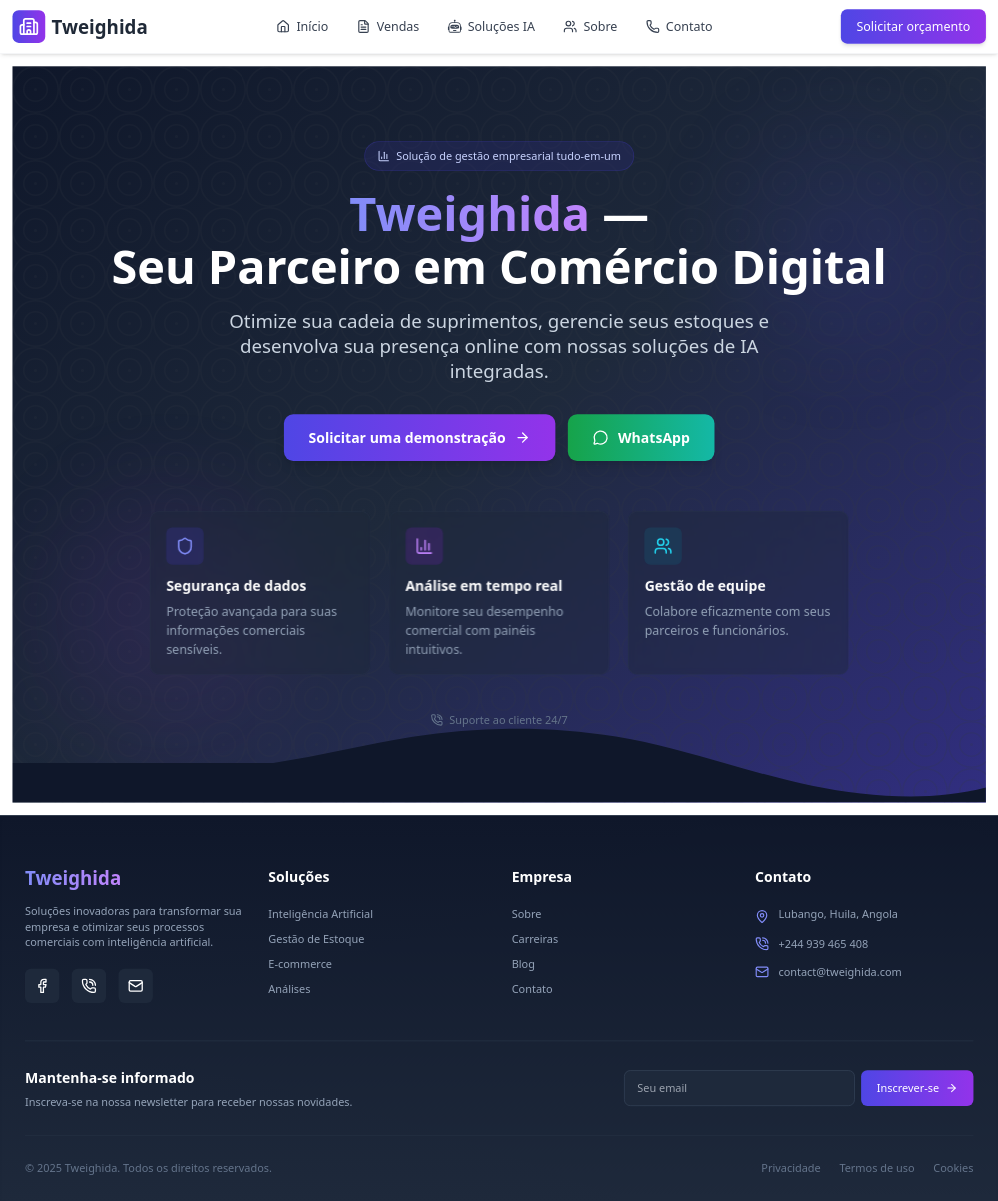
Repository: lamatmed/Tweighida
Page: /
An editor plug-in stored every save of this project. The page is shown before and after a run of saves, followed by the edit.
The browser window is 1280 px wide. The pictures show the whole page, at 78% of full size.
The project was rebuilt for these pictures with package versions that can differ from the ones it lists, and the page was loaded fresh each time. The framework's server and built-in components were replaced by stand-ins that run in the browser. Also part of the build but not shown: next.config.mjs.

Above is the page before, as saved 2025-09-07 15:09:22.

After the next 2 saves:
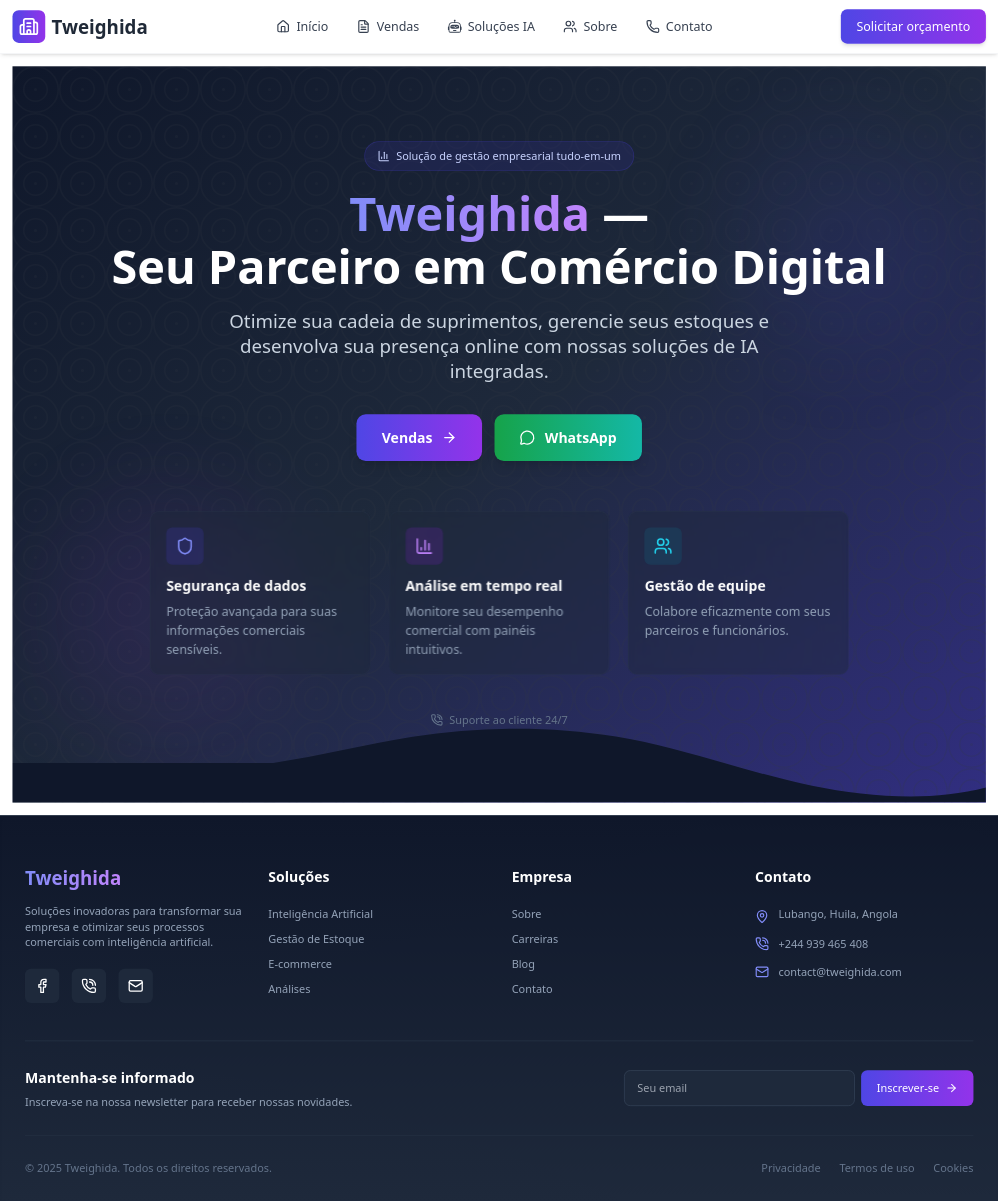
The 2 saves are shown as one change because they came seconds apart.
The last was saved 4 min 39 s later.
--- a/src/app/components/Hero.tsx
+++ b/src/app/components/Hero.tsx
@@ -64,7 +64,7 @@
             whileHover={{ scale: 1.03 }}
             whileTap={{ scale: 0.98 }}
           >
-            Solicitar uma demonstração <ArrowRight size={20} className="group-hover:translate-x-1 transition-transform" />
+            Vendas <ArrowRight size={20} className="group-hover:translate-x-1 transition-transform" />
           </motion.a>
 
           <motion.a
